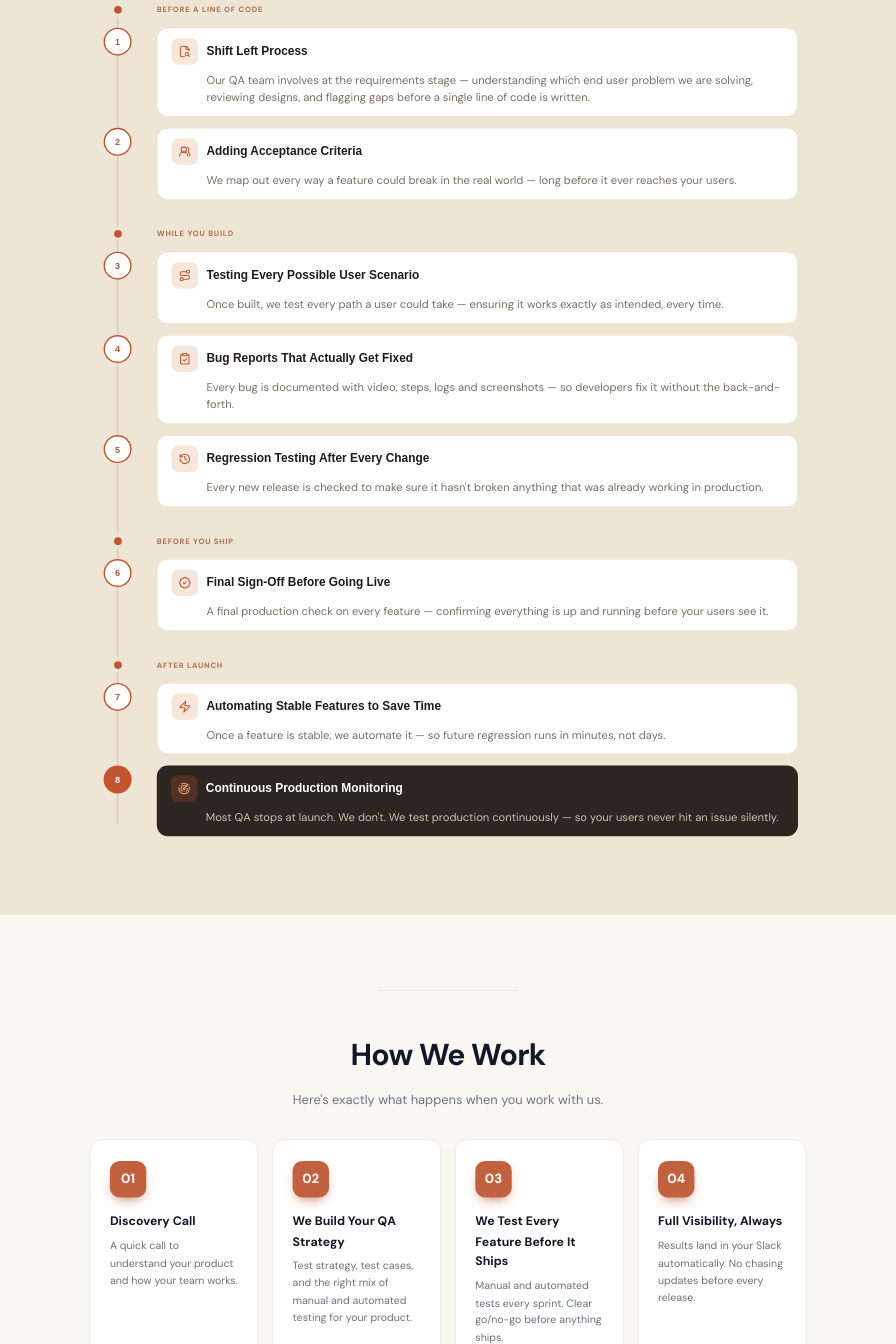
Repository: Monika281992/GoLiveQA
Page: /
The author's editor kept a copy of each file at every save. The page is drawn from the files as they stood at one save, then again after the next save.
The browser window is 1280 px wide. The pictures show the part of the page from y = 842 to 2762 px (the page is 4563 px tall before and 4588 px after), at 70% of full size.
The project was rebuilt for these pictures with package versions that can differ from the ones it lists, and the page was loaded fresh each time. The framework's server and built-in components were replaced by stand-ins that run in the browser. Also part of the build but not shown: next.config.mjs.

Above is the page before, as saved 2026-06-27 14:24:49.

### app/layout.tsx
import type { Metadata } from "next";
import { DM_Sans, Kaushan_Script } from "next/font/google";
import "./globals.css";

const dmSans = DM_Sans({
  subsets: ["latin"],
  weight: ["300", "400", "500", "600", "700"],
  variable: "--font-sans",
  display: "swap",
});

const kaushan = Kaushan_Script({
  subsets: ["latin"],
  weight: "400",
  variable: "--font-script",
  display: "swap",
});

export const metadata: Metadata = {
  title: "GoLiveQA",
  description:
    "Senior QA engineer with 9 years of hands-on experience testing Healthcare, SaaS, AI & Real Estate products at startups across India and US. Playwright, Cypress, Postman. Available remotely.",
};

export default function RootLayout({
  children,
}: {
  children: React.ReactNode;
}) {
  return (
    <html lang="en" className={`${dmSans.variable} ${kaushan.variable}`}>
      <body className="font-sans leading-relaxed">{children}</body>
    </html>
  );
}

### app/page.tsx
import { Navbar } from "@/components/navbar";
import { Hero } from "@/components/hero";
import { ProblemsWeSolve } from "@/components/ProblemsWeSolve";
import { Process } from "@/components/process";
import { Pricing } from "@/components/pricing";
import { Contact } from "@/components/contact";
import { Footer } from "@/components/footer";

export default function Home() {
  return (
    <div className="min-h-screen bg-surface">
      <Navbar />
      <main>
        <Hero />
        <ProblemsWeSolve />
        <Process />
        <Pricing />
        <Contact />
      </main>
      <Footer />
    </div>
  );
}

### app/globals.css
@tailwind base;
@tailwind components;
@tailwind utilities;

html {
  scroll-behavior: smooth;
}

body {
  background-color: #faf7f2;
  color: #4b5563;
  -webkit-font-smoothing: antialiased;
}

### components/ProblemsWeSolve.jsx
"use client";

import {
  FileSearch2,
  UsersRound,
  Route,
  ClipboardCheck,
  History,
  BadgeCheck,
  Zap,
  Radar,
} from "lucide-react";

const ACCENT      = "#c0552f";
const RAIL_COLOR  = "#ddcdb4";
const BG_SECTION  = "#efe5d4";
const BG_CARD     = "#ffffff";
const TEXT_HEAD   = "#211a15";
const TEXT_BODY   = "#7a6f62";
const CHIP_BG     = "#f7e7db";
const PHASE_TEXT  = "#a8714f";
const EYEBROW_BG  = "#f7e3d6";

const DARK = {
  bg:   "#2c2620",
  title:"#ffffff",
  body: "#c9bfb2",
  icon: "#f0a07e",
  chip: "rgba(192,85,47,0.25)",
};

const phases = [
  {
    label: "Before a line of code",
    items: [
      {
        n: 1, Icon: FileSearch2,
        title: "Shift Left Process",
        desc:  "Our QA team involves at the requirements stage — understanding which end user problem we are solving, reviewing designs, and flagging gaps before a single line of code is written.",
        dark: false,
      },
      {
        n: 2, Icon: UsersRound,
        title: "Adding Acceptance Criteria",
        desc:  "We map out every way a feature could break in the real world — long before it ever reaches your users.",
        dark: false,
      },
    ],
  },
  {
    label: "While you build",
    items: [
      {
        n: 3, Icon: Route,
        title: "Testing Every Possible User Scenario",
        desc:  "Once built, we test every path a user could take — ensuring it works exactly as intended, every time.",
        dark: false,
      },
      {
        n: 4, Icon: ClipboardCheck,
        title: "Bug Reports That Actually Get Fixed",
        desc:  "Every bug is documented with video, steps, logs and screenshots — so developers fix it without the back-and-forth.",
        dark: false,
      },
      {
        n: 5, Icon: History,
        title: "Regression Testing After Every Change",
        desc:  "Every new release is checked to make sure it hasn't broken anything that was already working in production.",
        dark: false,
      },
    ],
  },
  {
    label: "Before you ship",
    items: [
      {
        n: 6, Icon: BadgeCheck,
        title: "Final Sign-Off Before Going Live",
        desc:  "A final production check on every feature — confirming everything is up and running before your users see it.",
        dark: false,
      },
    ],
  },
  {
    label: "After launch",
    items: [
      {
        n: 7, Icon: Zap,
        title: "Automating Stable Features to Save Time",
        desc:  "Once a feature is stable, we automate it — so future regression runs in minutes, not days.",
        dark: false,
      },
      {
        n: 8, Icon: Radar,
        title: "Continuous Production Monitoring",
        desc:  "Most QA stops at launch. We don't. We test production continuously — so your users never hit an issue silently.",
        dark: true,
      },
    ],
  },
];

export function ProblemsWeSolve() {
  return (
    <section style={{ background: BG_SECTION, padding: "96px 32px" }}
      className="!py-16 !px-5 md:!py-24 md:!px-8">
<div style={{ maxWidth: 1000, margin: "0 auto" }}>

        {/* Header */}
        <div style={{ maxWidth: 600, margin: "0 auto 64px", textAlign: "center" }}>
          <span style={{
            display: "inline-block",
            background: EYEBROW_BG,
            color: ACCENT,
            fontSize: 12,
            fontWeight: 700,
            textTransform: "uppercase",
            letterSpacing: "0.12em",
            borderRadius: 999,
            padding: "5px 14px",
            marginBottom: 16,
          }}>
            Full-Lifecycle QA
          </span>
          <h2 style={{
            fontFamily: "'Poppins', sans-serif",
            fontWeight: 600,
            fontSize: "clamp(1.8rem, 4vw, 2.5rem)",
            color: TEXT_HEAD,
            margin: "0 0 16px",
            lineHeight: 1.15,
            letterSpacing: "-0.02em",
          }}>
            What Problems We Solve
          </h2>
          <p style={{ fontSize: 16, color: TEXT_BODY, lineHeight: 1.6, margin: 0 }}>
            From the first design review to live production monitoring — we own quality at every stage of your product&apos;s life.
          </p>
        </div>

        {/* Timeline */}
        <div style={{ position: "relative" }}>
          {/* Vertical rail */}
          <div style={{
            position: "absolute",
            left: 27,
            top: 18,
            bottom: 18,
            width: 2,
            background: RAIL_COLOR,
            zIndex: 0,
          }} />

          {phases.map((phase, phaseIdx) => (
            <div key={phase.label}>
              {/* Phase label row */}
              <div style={{
                display: "flex",
                alignItems: "center",
                gap: 28,
                marginTop: phaseIdx === 0 ? 0 : 40,
                marginBottom: 16,
              }}>
                <div style={{ width: 56, flexShrink: 0, display: "flex", justifyContent: "center", position: "relative", zIndex: 1 }}>
                  <div style={{
                    width: 11,
                    height: 11,
                    borderRadius: "50%",
                    background: ACCENT,
                    boxShadow: `0 0 0 4px ${BG_SECTION}`,
                  }} />
                </div>
                <span style={{
                  fontSize: 11,
                  fontWeight: 700,
                  textTransform: "uppercase",
                  letterSpacing: "0.1em",
                  color: PHASE_TEXT,
                }}>
                  {phase.label}
                </span>
              </div>

              {/* Items */}
              {phase.items.map((item) => {
                const isDark = item.dark;
                return (
                  <div key={item.n} style={{ display: "flex", gap: 28, alignItems: "flex-start", marginBottom: 16 }}>

                    {/* Numbered node */}
                    <div style={{ width: 56, flexShrink: 0, display: "flex", justifyContent: "center", position: "relative", zIndex: 1 }}>
                      <div style={{
                        width: 40,
                        height: 40,
                        borderRadius: "50%",
                        background: isDark ? ACCENT : BG_CARD,
                        border: `2px solid ${ACCENT}`,
                        display: "flex",
                        alignItems: "center",
                        justifyContent: "center",
                        fontFamily: "'Poppins', sans-serif",
                        fontWeight: 600,
                        fontSize: 13,
                        color: isDark ? "#fff" : ACCENT,
                      }}>
                        {item.n}
                      </div>
                    </div>

                    {/* Card */}
                    <div style={{
                      flex: 1,
                      background: isDark ? DARK.bg : BG_CARD,
                      border: isDark ? "none" : "1px solid #ece1d0",
                      borderRadius: 16,
                      padding: "14px 20px",
                    }}>
                      {/* Icon + title */}
                      <div style={{ display: "flex", alignItems: "center", gap: 12 }}>
                        <div style={{
                          width: 38,
                          height: 38,
                          borderRadius: 10,
                          flexShrink: 0,
                          background: isDark ? DARK.chip : CHIP_BG,
                          display: "flex",
                          alignItems: "center",
                          justifyContent: "center",
                        }}>
                          <item.Icon size={18} color={isDark ? DARK.icon : ACCENT} />
                        </div>
                        <h3 style={{
                          fontFamily: "'Poppins', sans-serif",
                          fontWeight: 600,
                          fontSize: 17,
                          color: isDark ? DARK.title : TEXT_HEAD,
                          margin: 0,
                          lineHeight: 1.3,
                        }}>
                          {item.title}
                        </h3>
                      </div>

                      {/* Description */}
                      <p style={{
                        fontSize: 16,
                        lineHeight: 1.55,
                        color: isDark ? DARK.body : TEXT_BODY,
                        margin: "10px 0 0",
                        paddingLeft: 50,
                      }}>
                        {item.desc}
                      </p>
                    </div>

                  </div>
                );
              })}
            </div>
          ))}
        </div>

      </div>
    </section>
  );
}

### components/process.tsx
import { Card } from "@/components/ui/card";

const steps = [
  {
    n: "01",
    title: "Discovery Call",
    desc: "A quick call to understand your product and how your team works.",
  },
  {
    n: "02",
    title: "We Build Your QA Strategy",
    desc: "Test strategy, test cases, and the right mix of manual and automated testing for your product.",
  },
  {
    n: "03",
    title: "We Test Every Feature Before It Ships",
    desc: "Manual and automated tests every sprint. Clear go/no-go before anything ships.",
  },
  {
    n: "04",
    title: "Full Visibility, Always",
    desc: "Results land in your Slack automatically. No chasing updates before every release.",
  },
];

export function Process() {
  return (
    <section
      id="process"
      className="bg-surface py-16 md:py-24 lg:py-[108px]"
    >
      <div className="mx-auto max-w-container px-5 sm:px-8 lg:px-12">
        <div className="mx-auto mb-14 max-w-[200px]">
          <div className="h-px w-full bg-hairline" />
        </div>
        <div className="mx-auto max-w-[660px] text-center">
          <h2 className="text-[clamp(2rem,4.4vw,2.7rem)] font-bold tracking-[-0.025em] text-ink">
            How We Work
          </h2>
          <p className="mt-4 text-[clamp(1rem,1.7vw,1.15rem)] leading-relaxed text-muted">
            Here&apos;s exactly what happens when you work with us.
          </p>
        </div>
        <div className="mt-10 grid grid-cols-1 gap-5 sm:grid-cols-2 lg:grid-cols-4">
          {steps.map((s) => (
            <Card
              key={s.n}
              className="rounded-[18px] p-7 pt-[30px] transition-all hover:-translate-y-1 hover:shadow-lift"
            >
              <div className="mb-5 flex h-[52px] w-[52px] items-center justify-center rounded-[14px] bg-accent text-[19px] font-bold text-white shadow-[0_8px_18px_-8px_#c2613f]">
                {s.n}
              </div>
              <h3 className="mb-2 text-[1.1rem] font-bold text-ink">{s.title}</h3>
              <p className="text-[0.95rem] leading-relaxed text-muted">{s.desc}</p>
            </Card>
          ))}
        </div>
      </div>
    </section>
  );
}

### components/pricing.tsx
import { Calendar, Check } from "lucide-react";
import { Button } from "@/components/ui/button";

const guarantees = [
  "No surprise charges",
  "No long-term lock-in",
  "Senior engineer, always",
];

export function Pricing() {
  return (
    <section id="pricing" className="py-16 md:py-24 lg:py-[108px]">
      <div className="mx-auto max-w-container px-5 sm:px-8 lg:px-12">
        <div className="relative mx-auto max-w-[740px] overflow-hidden rounded-[26px] border border-hairline bg-white px-6 py-10 text-center shadow-cta sm:px-14 md:py-[68px]">
          <div className="pointer-events-none absolute inset-0 bg-[radial-gradient(70%_60%_at_50%_0%,#f6ebe5,transparent_70%)]" />
          <div className="relative">
            <h2 className="text-[clamp(2rem,4.6vw,2.9rem)] font-bold leading-[1.08] tracking-[-0.025em] text-ink">
              Let&apos;s Talk About Your Product
            </h2>
            <p className="mx-auto mt-[18px] max-w-[560px] text-[clamp(1rem,1.7vw,1.13rem)] leading-relaxed text-muted">
              Every engagement is scoped to your product size, release frequency, and
              testing needs. Book a 30-minute call — I&apos;ll give you a clear, honest
              quote within 24 hours.
            </p>
            <div className="mt-8">
              <Button asChild size="lg">
                <a href="#contact">
                  <Calendar className="h-[19px] w-[19px]" />
                  Book a 30-min Call
                </a>
              </Button>
            </div>
            <div className="mt-7 flex flex-wrap justify-center gap-x-[26px] gap-y-3 text-sm text-body">
              {guarantees.map((g) => (
                <span key={g} className="inline-flex items-center gap-2">
                  <Check className="h-[17px] w-[17px] text-green-600" />
                  {g}
                </span>
              ))}
            </div>
          </div>
        </div>
      </div>
    </section>
  );
}

### components/footer.tsx
const links = [
  { label: "About", href: "#about" },
  { label: "How Can I Help", href: "#services" },
  { label: "Process", href: "#process" },
  { label: "Contact", href: "#contact" },
];

export function Footer() {
  return (
    <footer className="border-t border-hairline bg-white py-8">
      <div className="mx-auto flex max-w-container flex-wrap items-center justify-between gap-x-7 gap-y-4 px-5 sm:px-8 lg:px-12">
        <a href="#top" className="text-lg font-bold tracking-tight text-brand">
          GoLiveQA
        </a>
        <div className="flex flex-wrap gap-6">
          {links.map((l) => (
            <a
              key={l.href}
              href={l.href}
              className="text-sm text-muted transition-colors hover:text-ink"
            >
              {l.label}
            </a>
          ))}
        </div>
        <p className="text-[13.5px] text-faint">
          © 2026 GoLiveQA. All rights reserved. A boutique QA consultancy.
        </p>
      </div>
    </footer>
  );
}

### components/ui/button.tsx
import * as React from "react";
import { Slot } from "@radix-ui/react-slot";
import { cva, type VariantProps } from "class-variance-authority";
import { cn } from "@/lib/utils";

const buttonVariants = cva(
  "inline-flex items-center justify-center gap-2 whitespace-nowrap rounded-xl font-semibold transition-all focus-visible:outline-none focus-visible:ring-2 focus-visible:ring-brand/40 focus-visible:ring-offset-2 disabled:pointer-events-none disabled:opacity-50",
  {
    variants: {
      variant: {
        default:
          "bg-brand text-white shadow-brand hover:bg-brand-dark hover:-translate-y-0.5",
        outline:
          "border-[1.5px] border-brand text-brand hover:bg-brand hover:text-white",
        ghost: "text-brand hover:bg-brand/5",
      },
      size: {
        default: "h-11 px-6 text-[15px]",
        lg: "h-[52px] px-7 text-base",
        sm: "h-9 px-[18px] text-sm",
      },
    },
    defaultVariants: {
      variant: "default",
      size: "default",
    },
  }
);

export interface ButtonProps
  extends React.ButtonHTMLAttributes<HTMLButtonElement>,
    VariantProps<typeof buttonVariants> {
  asChild?: boolean;
}

const Button = React.forwardRef<HTMLButtonElement, ButtonProps>(
  ({ className, variant, size, asChild = false, ...props }, ref) => {
    const Comp = asChild ? Slot : "button";
    return (
      <Comp
        className={cn(buttonVariants({ variant, size, className }))}
        ref={ref}
        {...props}
      />
    );
  }
);
Button.displayName = "Button";

export { Button, buttonVariants };

### components/ui/card.tsx
import * as React from "react";
import { cn } from "@/lib/utils";

const Card = React.forwardRef<
  HTMLDivElement,
  React.HTMLAttributes<HTMLDivElement>
>(({ className, ...props }, ref) => (
  <div
    ref={ref}
    className={cn(
      "rounded-2xl border border-hairline bg-white shadow-card",
      className
    )}
    {...props}
  />
));
Card.displayName = "Card";

const CardHeader = React.forwardRef<
  HTMLDivElement,
  React.HTMLAttributes<HTMLDivElement>
>(({ className, ...props }, ref) => (
  <div ref={ref} className={cn("flex flex-col space-y-1.5 p-7", className)} {...props} />
));
CardHeader.displayName = "CardHeader";

const CardTitle = React.forwardRef<
  HTMLDivElement,
  React.HTMLAttributes<HTMLHeadingElement>
>(({ className, ...props }, ref) => (
  <h3
    ref={ref}
    className={cn("text-lg font-bold leading-snug text-ink", className)}
    {...props}
  />
));
CardTitle.displayName = "CardTitle";

const CardContent = React.forwardRef<
  HTMLDivElement,
  React.HTMLAttributes<HTMLDivElement>
>(({ className, ...props }, ref) => (
  <div ref={ref} className={cn("p-7 pt-0", className)} {...props} />
));
CardContent.displayName = "CardContent";

export { Card, CardHeader, CardTitle, CardContent };

### components/icons.tsx
// Inline brand glyphs not reliably present in current lucide-react builds.
export function LinkedInIcon({ className }: { className?: string }) {
  return (
    <svg viewBox="0 0 24 24" fill="currentColor" className={className} aria-hidden="true">
      <path d="M4.98 3.5C4.98 4.88 3.87 6 2.5 6S0 4.88 0 3.5 1.12 1 2.5 1 4.98 2.12 4.98 3.5zM.25 8h4.5v15H.25V8zm7.5 0h4.31v2.05h.06c.6-1.07 2.07-2.2 4.26-2.2 4.56 0 5.4 2.85 5.4 6.56V23h-4.5v-6.2c0-1.48-.03-3.38-2.06-3.38-2.07 0-2.39 1.6-2.39 3.27V23h-4.5V8z" />
    </svg>
  );
}

### tailwind.config.ts
import type { Config } from "tailwindcss";

const config: Config = {
  content: [
    "./app/**/*.{ts,tsx}",
    "./components/**/*.{ts,tsx}",
  ],
  theme: {
    extend: {
      colors: {
        // Brand action color (blue) — CTAs, links
        brand: { DEFAULT: "#145fdd", dark: "#0d46b8" },
        // Warm personal accent (terracotta) — eyebrows, badges, signature
        accent: { DEFAULT: "#c2613f", soft: "#f6ebe5" },
        // Warm surfaces
        surface: { DEFAULT: "#faf7f2", soft: "#f4ede2" },
        hairline: "#ece4d7",
        // Text
        ink: "#111827",
        body: "#4b5563",
        muted: "#6b7280",
        faint: "#9ca3af",
      },
      fontFamily: {
        sans: ["var(--font-sans)", "system-ui", "sans-serif"],
        script: ["var(--font-script)", "cursive"],
      },
      maxWidth: {
        container: "1120px",
      },
      boxShadow: {
        card: "0 1px 3px rgba(0,0,0,0.03)",
        lift: "0 20px 40px -18px rgba(0,0,0,0.16)",
        brand: "0 8px 20px -8px rgba(20,95,221,0.5)",
        photo: "0 18px 44px -22px rgba(0,0,0,0.28)",
        cta: "0 28px 70px -34px rgba(0,0,0,0.22)",
      },
    },
  },
  plugins: [],
};

export default config;

Loaded but not shown: lib/utils.ts (common file); components/navbar.tsx (185 lines, source omitted); components/contact.tsx (242 lines, source omitted); components/hero.tsx (74 lines, source omitted)

After the next save:
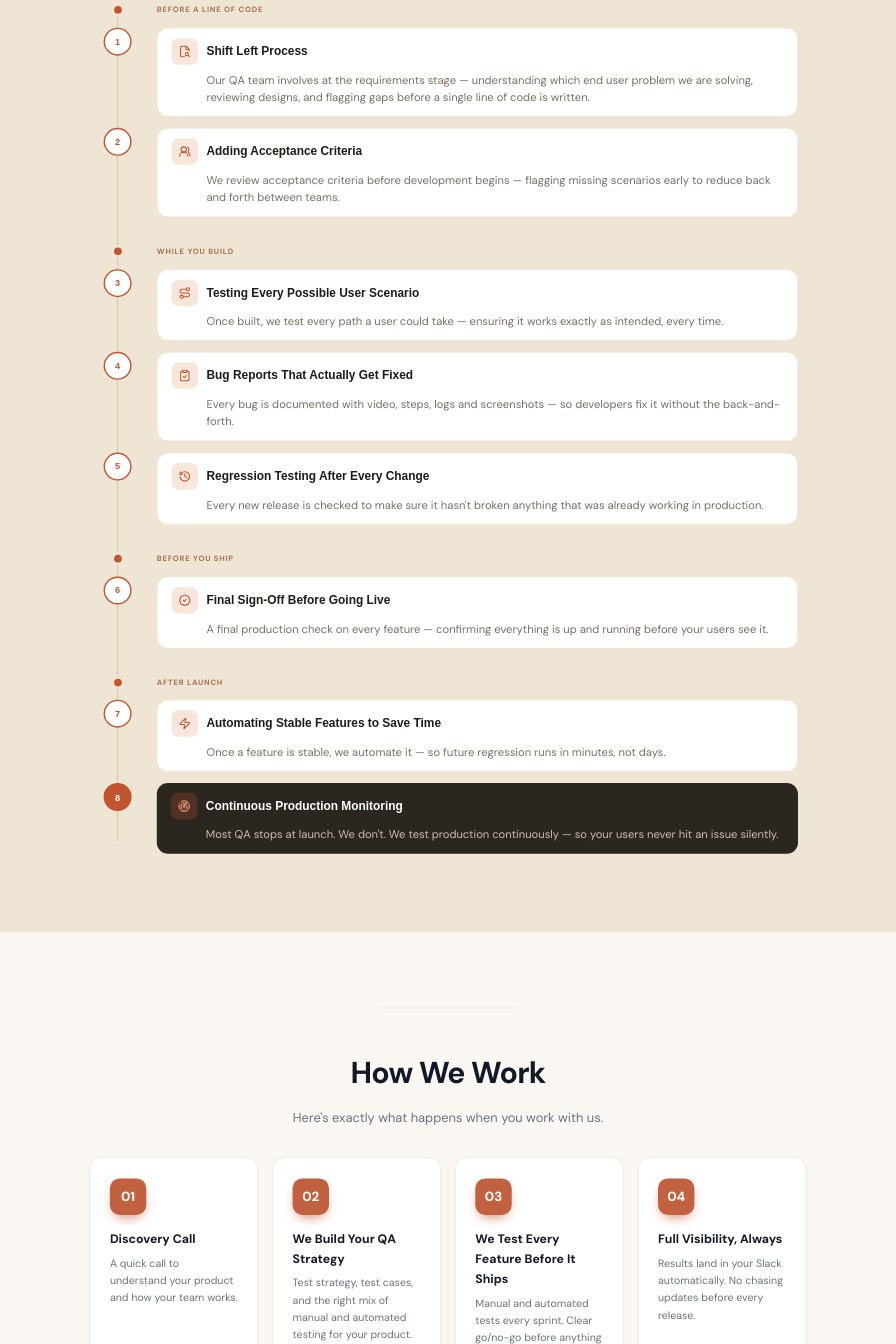
Saved 2 min 8 s later.
--- a/components/ProblemsWeSolve.jsx
+++ b/components/ProblemsWeSolve.jsx
@@ -42,7 +42,7 @@ const phases = [
       {
         n: 2, Icon: UsersRound,
         title: "Adding Acceptance Criteria",
-        desc:  "We map out every way a feature could break in the real world — long before it ever reaches your users.",
+        desc:  "We review acceptance criteria before development begins — flagging missing scenarios early to reduce back and forth between teams.",
         dark: false,
       },
     ],
